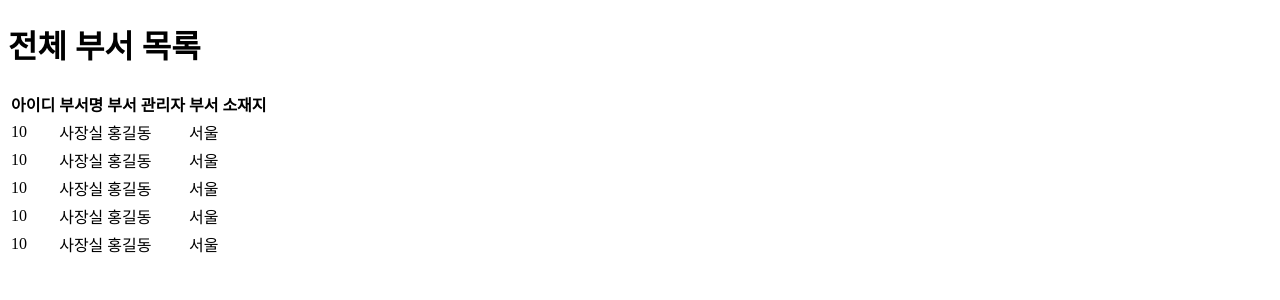
Repository: benpark0613/basic
Page: http://localhost/sample/hr/dept/list.jsp
These files come from the project's save history. The page is drawn as it stood at one moment and after the next save; the edit follows.
The browser window is 1280 px wide. The pictures show the whole page.
The page is served by Tomcat 9. Other server files are loaded and not shown.

Above is the page before, as saved 2021-11-10 02:51:10.

### HR_app/sample/src/main/webapp/hr/dept/list.jsp
<%@ page language="java" contentType="text/html; charset=UTF-8"
    pageEncoding="UTF-8"%>
<!DOCTYPE html>
<html>
<head>
<meta charset="UTF-8">
<title>부서정보 관리::부서목록 </title>
</head>
<body>
	<h1>전체 부서 목록</h1>

	<table>
		<thead>
			<tr>
				<th>아이디</th>
				<th>부서명</th>
				<th>부서 관리자</th>
				<th>부서 소재지</th>
			</tr>
		</thead>
		<tbody>
			<tr>
				<td>10</td>
				<td>사장실</td>
				<td>홍길동</td>
				<td>서울</td>
			</tr>
			<tr>
				<td>10</td>
				<td>사장실</td>
				<td>홍길동</td>
				<td>서울</td>
			</tr>
			<tr>
				<td>10</td>
				<td>사장실</td>
				<td>홍길동</td>
				<td>서울</td>
			</tr>
			<tr>
				<td>10</td>
				<td>사장실</td>
				<td>홍길동</td>
				<td>서울</td>
			</tr>
			<tr>
				<td>10</td>
				<td>사장실</td>
				<td>홍길동</td>
				<td>서울</td>
			</tr>
		</tbody>
	</table>
</body>
</html>

After the next save:
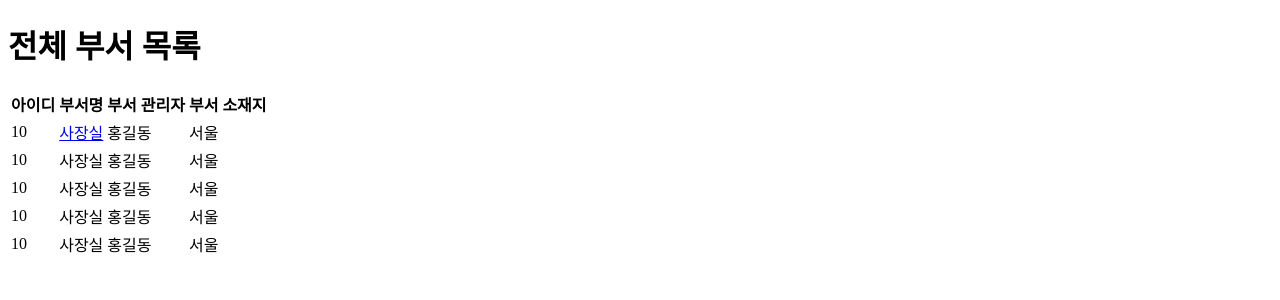
Saved 15 min 18 s later.
--- a/HR_app/sample/src/main/webapp/hr/dept/list.jsp
+++ b/HR_app/sample/src/main/webapp/hr/dept/list.jsp
@@ -21,7 +21,7 @@
 		<tbody>
 			<tr>
 				<td>10</td>
-				<td>사장실</td>
+				<td><a href="detail.jsp?id=10">사장실</a></td>
 				<td>홍길동</td>
 				<td>서울</td>
 			</tr>
